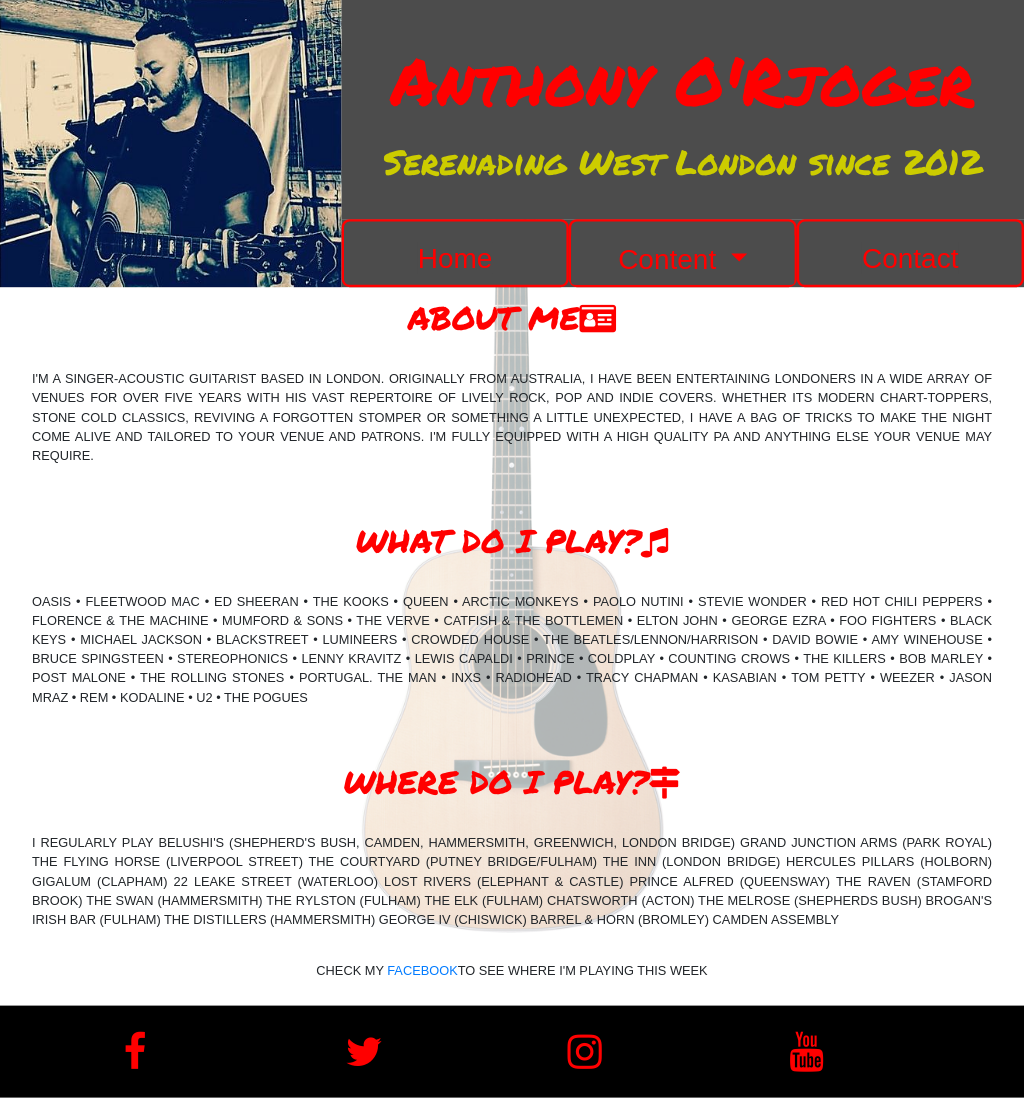
Repository: SimonGeorgeNZ/milestone_1
Page: index.html
The author's editor kept a record of every edit. The page is drawn from the files as they stood at one moment, then again after the next edit.
The browser window is 1280 px wide. The page is 1295 px wide, so the pictures cover 1295 px, including what lies to the right of the window. The pictures show the whole page, at 80% of full size.
Some web fonts or font styles are not loaded; a fallback is used. Some web libraries are served in a nearby version.

Above is the page before.

After the next edit:
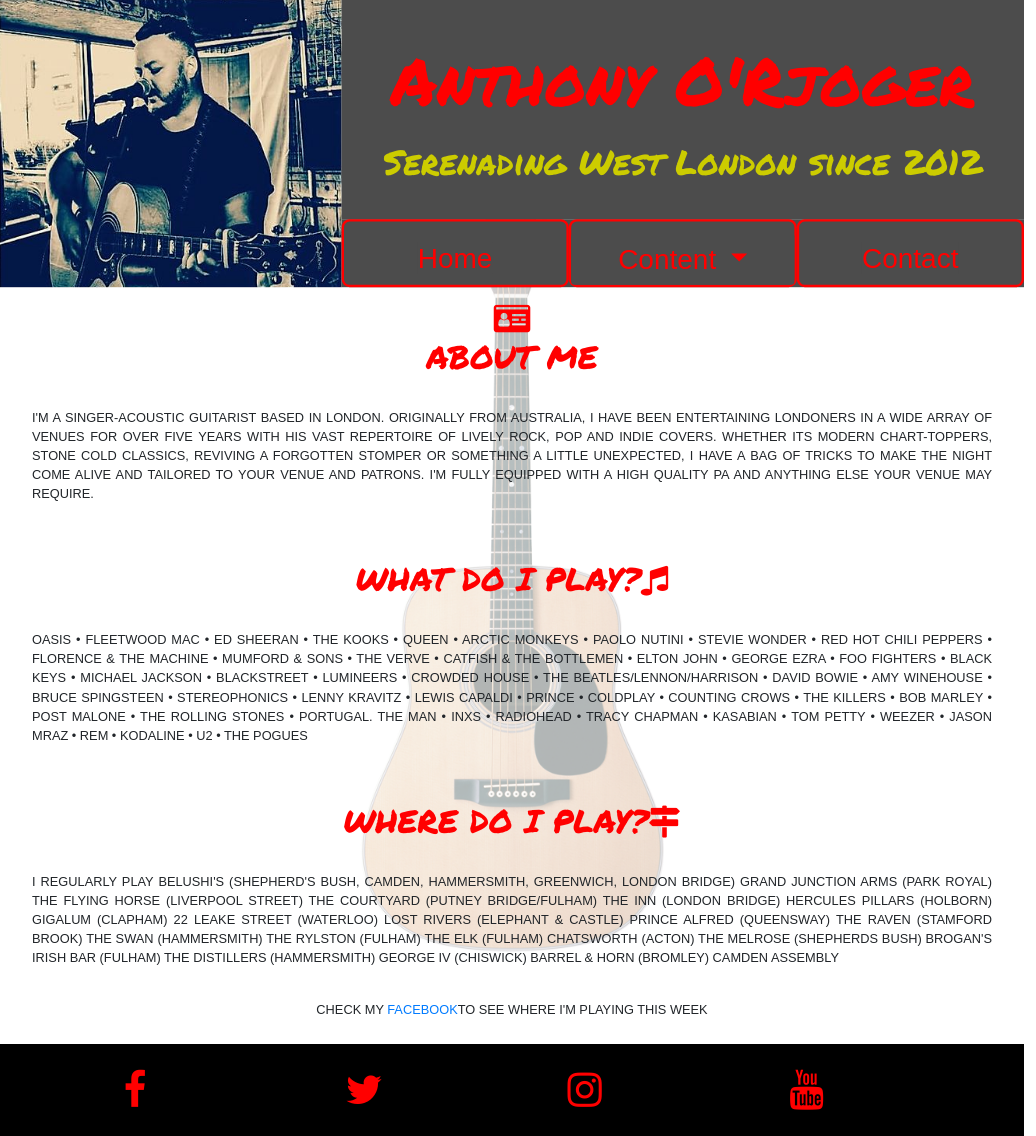
The edit:
--- a/index.html
+++ b/index.html
@@ -51,7 +51,7 @@
     <body class="jumbotron-main">
         <div class="row">
             <div class="about">
-                <h1 class="text-box-heading">About me<i class="fa fa-id-card"></i></h1>
+                <h1 class="text-box-heading"><i class="fa fa-id-card"></i><br>About me</h1>
                 <p class="text-box">
                     I'm a singer-acoustic guitarist based in London. Originally from Australia, I have been entertaining Londoners in a wide array of venues for over five years with his vast repertoire of lively rock, pop and indie covers. Whether its modern chart-toppers,
                     stone cold classics, reviving a forgotten stomper or something a little unexpected, I have a bag of tricks to make the night come alive and tailored to your venue and patrons. I'm fully equipped with a high quality PA and anything
